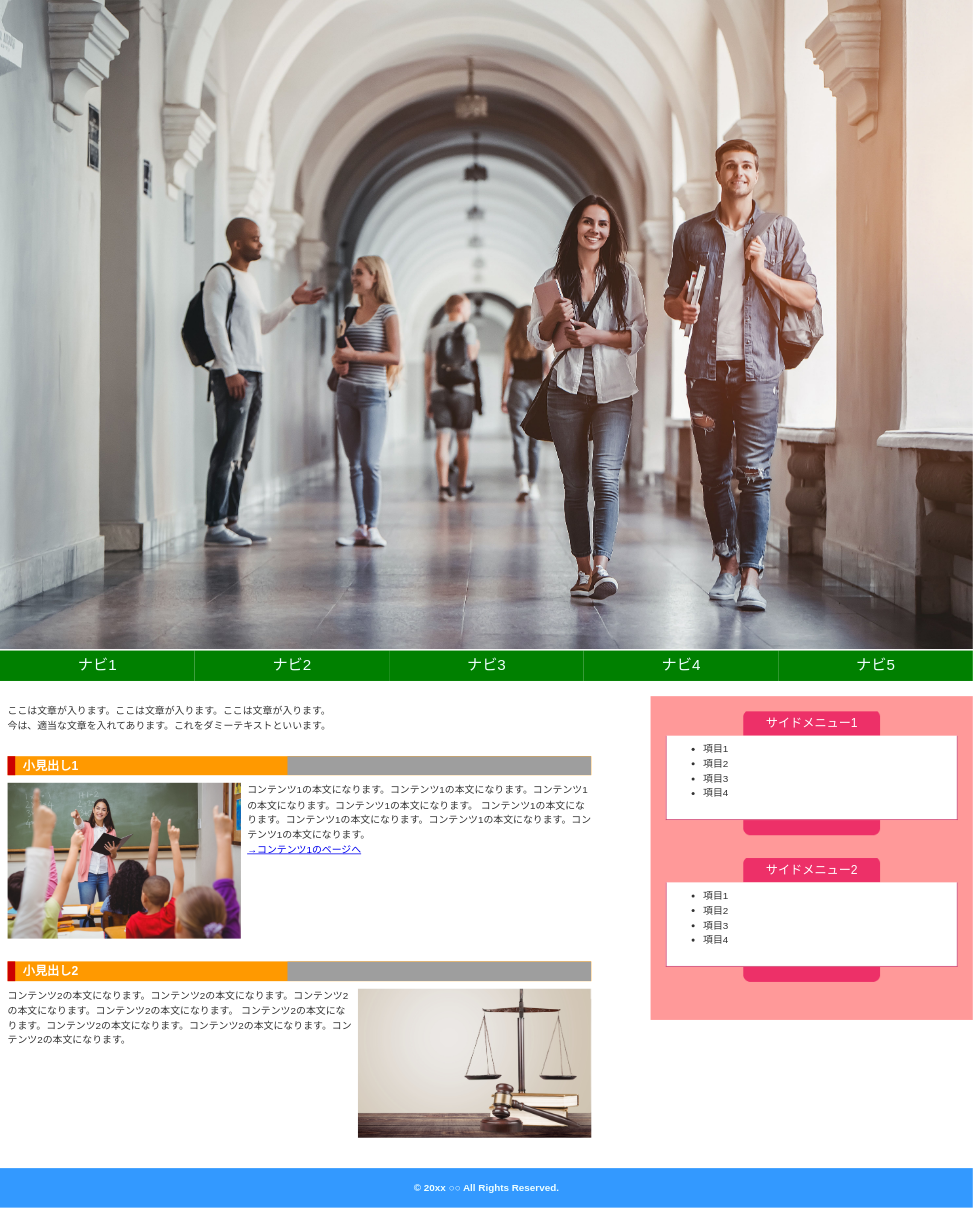
Repository: mizmo20/samurai_HTML-CSS
Page: home.html
The author's editor kept a record of every edit. The page is drawn from the files as they stood at one moment, then again after the next edit.
The browser window is 1280 px wide. The pictures show the whole page, at 76% of full size.
Pictures or frames that could not be fetched are drawn as grey boxes.

Above is the page before.

### home.html
<!DOCTYPE html>
<html lang="ja">
    <head>
        <meta charset="UTF-8">
        <title>HTML/CSSの学習</title>
        <link rel="stylesheet" href="stylesheet.css">
    </head>
    <body>
        <div id="header">
            <h1><a href="index.html"><img id="corridor" src="images/corridor.jpg" alt="大学の廊下" /></a></h1>
        </div>
        <div id="wrapper">
            <div id="nav">
                <ul>
                    <li><a href="home.html">ナビ1</a></li>
                    <li><a href="#">ナビ2</a></li>
                    <li><a href="#">ナビ3</a></li>
                    <li><a href="#">ナビ4</a></li>
                    <li><a href="#">ナビ5</a></li>
                </ul>
            </div>
            <div id="container">
                <div id="main">
                    <div class="post">
                        <p>ここは文章が入ります。ここは文章が入ります。ここは文章が入ります。<br />今は、適当な文章を入れてあります。これをダミーテキストといいます。</p>
                    </div>
                    <div class="post clearfix">
                        <h2>小見出し1</h2>
                        <img class="left" src="images/classroom.jpg" alt="授業風景" />
                        <p>
                            コンテンツ1の本文になります。コンテンツ1の本文になります。コンテンツ1の本文になります。コンテンツ1の本文になります。
                            コンテンツ1の本文になります。コンテンツ1の本文になります。コンテンツ1の本文になります。コンテンツ1の本文になります。
                        </p>
                        <p><a href="#">→コンテンツ1のページへ</a></p>
                    </div>
                    <div class="post clearfix">
                        <h2>小見出し2</h2>
                        <img class="right" src="images/scale.jpg" alt="天秤" />
                        <p>
                            コンテンツ2の本文になります。コンテンツ2の本文になります。コンテンツ2の本文になります。コンテンツ2の本文になります。
                            コンテンツ2の本文になります。コンテンツ2の本文になります。コンテンツ2の本文になります。コンテンツ2の本文になります。
                        </p>
                    </div>
                </div>
                <div id="side">
                    <div class="box">
                        <h2>サイドメニュー1</h2>
                        <div class="boxBody">
                            <ul>
                                <li>項目1</li>
                                <li>項目2</li>
                                <li>項目3</li>
                                <li>項目4</li>
                            </ul>
                        </div>
                    </div>
                    <div class="box">
                        <h2>サイドメニュー2</h2>
                        <div class="boxBody">
                            <ul>
                                <li>項目1</li>
                                <li>項目2</li>
                                <li>項目3</li>
                                <li>項目4</li>
                            </ul>
                        </div>
                    </div>
                </div>
            </div>
        </div>
        <div id="footer">
            <p>&copy; 20xx ○○ All Rights Reserved.</p>
        </div>
    </body>
</html>

### stylesheet.css
@charset "utf-8";

body {
	margin: 0;
	padding: 0;
	font-family: "ヒラギノ角ゴ Pro W3", "Hiragino Kaku Gothic Pro", "メイリオ", Meiryo, Osaka, "ＭＳ Ｐゴシック", "MS PGothic", sans-serif;
	color: #333;
	font-size: 13px;
	line-height: 150%;
}

/* -------------------- wrapper -------------------- */
#wrapper {
    width: 100%;
    margin: auto;
    padding: 0px;
    border: 0px;
    background-color: #FFF;
    top: 10px;
}

/* -------------------- header -------------------- */
 #header {
 	width: 100%;
}
 #header h1 {
 	 margin: 0;
	 padding: 0;
 }

 #corridor {
	 width: 100%;
	 height: auto;
 }
 /*-------------------footer------------------------*/
 #footer{
 	clear:both;
 	width:100%;
 	padding: 3px 0 3px 0;
 	background: #39f;
 	color: #EFF;
 	font-weight: bold;
 	text-align: center;
 }
 /*------------------nav----------------------------*/
 #nav {
 	width:100%;
 }
 #nav ul{
 	margin:0;
 	padding:0;
 	list-style-type:none;
 }
 #nav ul li{
 	float:left;
 	width:20%;
 	text-align:center;
 }
 #nav ul li a{
 	display:block;
 	height:20px;
 	margin:0;
 	padding:10px;
 	color:#EFF;
 	font-size:20px;
 	text-decoration:none;
 	background-color:green;
 }


 /* -------------------- container -------------------- */
 #container {
	 width: 100%;
	 margin: auto ;
	 padding: auto;
	 padding-top: 20px;
	 clear: both;
 }
 /* -------------------- main -------------------- */
 #main {
	 float: left;
	 width: 60%;
	 padding: 10px 30px 10px 10px;
 }
 #main h2 {
	 margin: 0 0 10px 0;
	 padding: 3px 10px 3px 10px;
	 color: #FFF;
	 font-size: 16px;
	 border-left: solid 10px #C00;
	 background: #F90 url(../images/main_h2.jpg) right top repeat-y;
 }
 #main p {
	 margin: 0;
	 padding: 0;
 }
 #main .post {
	 margin: 0 0 30px 0;
 }

 #main .post img.right {
	 margin: 0 0 0 8px;
 }
 #main .post img.left {
	 margin: 0 8px 0 0;
 }

 .right {
	 float: right;
	 width: 40%;
	 height: auto;
 }
 .left {
	 float: left;
	 width: 40%;
	 height: auto;
 }

 /* -------------------- clearfix -------------------- */
 .clearfix {
	 zoom: 1;
 }
 .clearfix:after{
	 content: "";
	 display: block;
	 clear: both;
 }


 /* -------------------- side -------------------- */
 #side {
 	 float: right;
 	 width: 30%;
 	 padding: 20px;
 	 background-color: #F99;
 }
 #side .box {
 	 margin: 0 auto 30px auto;
 	 padding: 0 0 20px 0;
 	 background: url(images/side_box.png) bottom no-repeat;
 }
 #side .box h2 {
 	 margin: 0;
 	 padding: 8px;
 	 text-align: center;
 	 color: #fff;
 	 font-size: 16px;
 	 line-height: 16px;
 	 font-weight: normal;
 	 background: url(images/side_box_h2.png) center no-repeat;
 }
 #side .box .boxBody {
 	 padding: 8px;
 	 border-right: solid 1px #C36;
 	 border-bottom: solid 1px #C36;
 	 border-left: solid 1px #C36;
 	 background: #fff;
 }
 #side .box .boxBody ul {
 	 margin: 0 0 16px 0;
+ 	 padding: 0;
+ }
+ #side .box .boxBody ul li {
+ 	 padding: 8px 0 8px 4px;
+ 	 list-style: none;
+ 	 border-bottom: solid 1px #C36;
+ }

After the next edit:
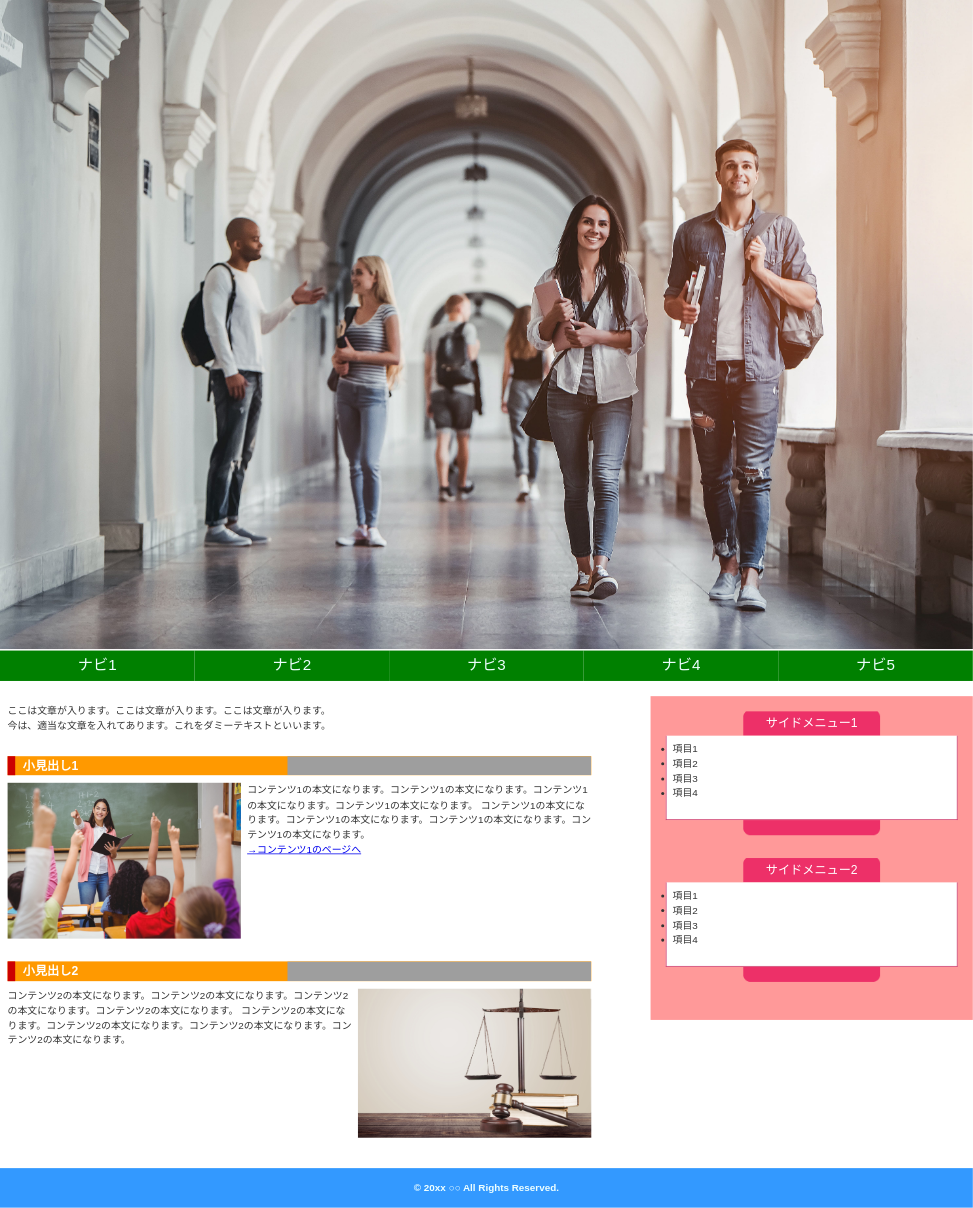
The edit:
--- a/stylesheet.css
+++ b/stylesheet.css
@@ -158,8 +158,8 @@
  }
  #side .box .boxBody ul {
  	 margin: 0 0 16px 0;
-+ 	 padding: 0;
-+ }
+ 	 padding: 0;
+ }
 + #side .box .boxBody ul li {
 + 	 padding: 8px 0 8px 4px;
 + 	 list-style: none;
